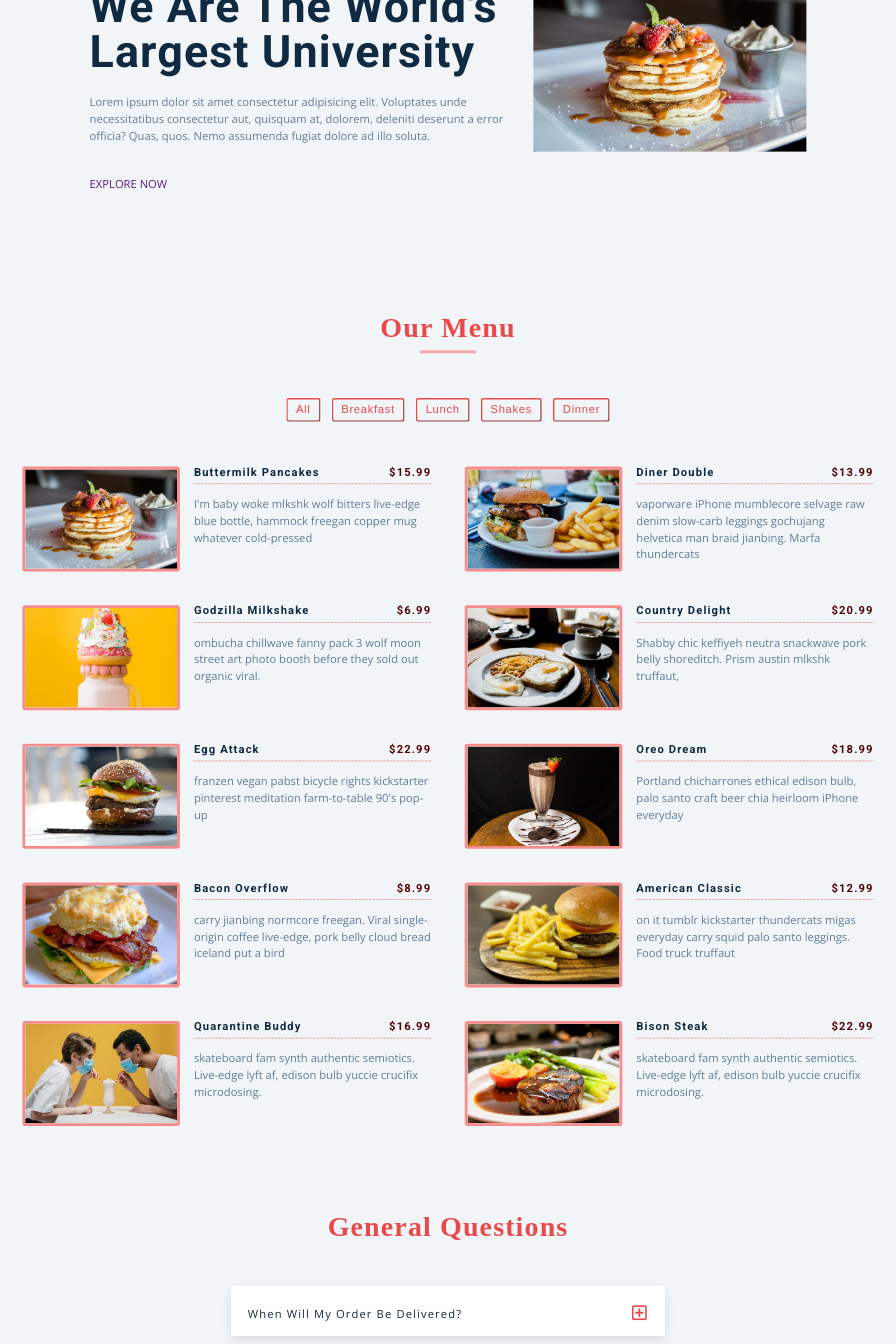
Repository: xoshiraghavx/Food-you
Page: index.html
The author's editor kept a copy of each file at every save. The page is drawn from the files as they stood at one save, then again after the next save.
The browser window is 1280 px wide. The pictures show the part of the page from y = 822 to 2742 px (the page is 3231 px tall before and 3244 px after), at 70% of full size.
Some web libraries are served in a nearby version.

Above is the page before, as saved 2022-12-03 09:15:46.

### index.html
<!DOCTYPE html>
<html lang="en">
  <head>
    <meta charset="UTF-8" />
    <meta name="viewport" content="width=device-width, initial-scale=1.0" />
    <title>interior design</title>
    <!-- font-awesome -->
    <link
      rel="stylesheet"
      href="https://cdnjs.cloudflare.com/ajax/libs/font-awesome/5.14.0/css/all.min.css"
    />

    <!-- styles -->
    <link rel="stylesheet" href="styles.css" />
  </head>
  <body>
<nav>
  <div class="nav-center">
    <div class="nav-header">
      <div class="logo-div">
      <img src="./img/logo.png" alt="logo" class="logo">
      <div class="logo-name">
      <p><span id="color"><b>FOOD </b><br><i>& you</i></span></p>
    </div>
    </div>
      <button class="nav-toggle">
        <i class="fas fa-bars"></i>
      </button>
    </div>
    <!-- links -->
    <!-- <ul class="links">

      <li>
        <a href="index.html">home</a>
      </li>
      <li>
    </ul> -->
    <!-- social media -->
    <ul class="social-icons">
      <li>
        <a href="https://www.facebook.com">
          <i class="fab fa-facebook"></i>
        </a>
      </li>
      <li>
        <a href="https://www.twitter.com">
          <i class="fab fa-twitter"></i>
        </a>
      </li>
      <li>
        <a href="https://www.instagram.com">
          <i class="fab fa-instagram"></i>
        </a>
      </li>
      <li>
        <a href="https://www.linkedin.com">
          <i class="fab fa-linkedin"></i>
        </a>
      </li>
      <li>
        <a href="https://www.twitter.com">
          <i class="fab fa-sketch"></i>
        </a>
      </li>
    </ul>
  </div>
</nav>
<header class="hero">
  <div class="banner">
    <h2>Looking for some food!</h2>
    <button class="btn modal-btn">Order Now</button>
  </div>
</header>
<div class="modal-overlay">
  <div class="modal-container">
    <br>
    <h3>Title</h3>
    <p>Lorem ipsum dolor sit amet consectetur adipisicing elit. Illo deleniti eum mollitia distinctio! Nesciunt dolor minima animi esse officia! Recusandae? Lorem ipsum dolor sit amet consectetur, adipisicing elit. Aspernatur, hic.</p>
    <button class="close-btn">
      <i class="fas fa-times"> </i>
    </button>
  </div>
</div>
    <!-- -------about us content---------->
    <section class="about-us">
      <div class="row">
          <div class="about-col">
              <h1>We are the world's largest university</h1>
              <p>Lorem ipsum dolor sit amet consectetur adipisicing elit. Voluptates unde necessitatibus consectetur aut, quisquam at, dolorem, deleniti deserunt a error officia? Quas, quos. Nemo assumenda fugiat dolore ad illo soluta.</p>
              <a href="" class="hero-btn red-btn">EXPLORE NOW</a>
          </div>
          <div class="about-col">
              <img src="./img/item-1.jpeg" alt="">
          </div>
      </div>
  </section>
<section class="menu">
  <div class="title">
    <h2>Our Menu</h2>
    <div class="underline"></div>
  </div>
  <div class="btn-container">
    <!-- <button class="filter-btn" type="button" data-id="all">all</button>
    <button class="filter-btn" type="button"data-id="breakfast">breakfast</button>
    <button class="filter-btn" type="button" data-id="lunch">lunch</button>
    <button class="filter-btn" type="button" data-id="shakes">shakes</button> -->
  </div>
    <div class="section-center">
      <!-- <article class="menu-item">
        <img src="./menu-item.jpeg" class="photo" alt="menu item">
        <div class="item-info">
          <header>
            <h4>buttermilk pancakes</h4>
            <h4 class="price">Rs 600/-</h4>
          </header>
          <p class="item-text">Lorem ipsum, dolor sit amet consectetur adipisicing elit. Dolore totam aliquid ut eius architecto magni cumque explicabo voluptate, repudiandae harum.</p>
        </div>
      </article> -->
    </div>
</section>
<section class="questions">
  <div class="title">
    <h2>general questions</h2>
  </div>
  <div class="question-center">
    <article class="question">
      <div class="question-title">
      <p>When will my order be delivered?</p>
      <button type="button" class="question-btn">
        <span class="plus-icon">
      <i class="far fa-plus-square"></i>
        </span>

        <span class="minus-icon">
      <i class="far fa-minus-square"></i>
        </span>

      </button>
    </div>
    <div class="question-text">
      <p>Estimated delivery are given against each products. While sincere efforts are being made to deliver the products within the given time frame factors like, availability, festive seasons, courier delays are bound to happen. These factors are constantly monitored to keep any inordinate delays under control.</p>
    </div>
    </article>
    <article class="question">
      <div class="question-title">
      <p>Do you offer Cash on Delivery?</p>
      <button type="button" class="question-btn">
        <span class="plus-icon">
      <i class="far fa-plus-square"></i>
        </span>

        <span class="minus-icon">
      <i class="far fa-minus-square"></i>
        </span>

      </button>
    </div>
    <div class="question-text">
      <p>Yes. We offer Cash on Delivery which most of the other websites don't offer.</p>
    </div>
    </article>
    <article class="question">
      <div class="question-title">
      <p>do you use organic indegridents?</p>
      <button type="button" class="question-btn">
        <span class="plus-icon">
      <i class="far fa-plus-square"></i>
        </span>

        <span class="minus-icon">
      <i class="far fa-minus-square"></i>
        </span>

      </button>
    </div>
    <div class="question-text">
      <p>We deliver the products that are fresh and systems are kept in place to source the best products and safely consign them to you. We don't stock the products but place once we receive orders.</p>
    </div>
    </article>
  </div>
</section>
<!-- --------footer--------- -->
<section class="footer">
  <h4 id="color">Food & you</h4>
  <p>Fulfill your comfort food cravings here.</p>
  <ul class="icons">
    <li>
      <a href="https://www.facebook.com">
        <i class="fab fa-facebook"></i>
      </a>
    </li>
    <li>
      <a href="https://www.twitter.com">
        <i class="fab fa-twitter"></i>
      </a>
    </li>
    <li>
      <a href="https://www.instagram.com">
        <i class="fab fa-instagram"></i>
      </a>
    </li>
    <li>
      <a href="https://www.linkedin.com">
        <i class="fab fa-linkedin"></i>
      </a>
    </li>
  </ul>
  <p>Made by <b id="color">oshi Raghav</b></p>
</section>
<!-- javascript -->
    <script src="app.js"></script>
  </body>
</html>

### styles.css
/*
===============
Fonts
===============
*/
@import url('https://fonts.googleapis.com/css?family=Open+Sans|Roboto:400,700&display=swap');

/*
===============
Variables
===============
*/

:root {
  /* dark shades of primary color*/
  --clr-primary-1: hsl(0, 86%, 17%);
  --clr-primary-2: hsl(0, 77%, 27%);
  --clr-primary-3: hsl(0, 72%, 37%);
  --clr-primary-4: hsl(0, 63%, 48%);
  /* primary/main color */
  --clr-primary-5: hsl(0, 78%, 60%);
  /* lighter shades of primary color */
  --clr-primary-6: hsl(0, 90%, 70%);
  --clr-primary-7: hsl(0, 90%, 76%);
  --clr-primary-8: hsl(0, 86%, 81%);
  --clr-primary-9: hsl(0, 90%, 88%);
  --clr-primary-10: hsl(0, 100%, 96%);
  /* darkest grey - used for headings */
  --clr-grey-1: hsl(209, 61%, 16%);
  --clr-grey-2: hsl(211, 39%, 23%);
  --clr-grey-3: hsl(209, 34%, 30%);
  --clr-grey-4: hsl(209, 28%, 39%);
  /* grey used for paragraphs */
  --clr-grey-5: hsl(210, 22%, 49%);
  --clr-grey-6: hsl(209, 23%, 60%);
  --clr-grey-7: hsl(211, 27%, 70%);
  --clr-grey-8: hsl(210, 31%, 80%);
  --clr-grey-9: hsl(212, 33%, 89%);
  --clr-grey-10: hsl(210, 36%, 96%);
  --clr-white: #fff;
  --clr-red-dark: hsl(360, 67%, 44%);
  --clr-red-light: hsl(360, 71%, 66%);
  --clr-green-dark: hsl(125, 67%, 44%);
  --clr-green-light: hsl(125, 71%, 66%);
  --clr-black: #222;
  --ff-primary: 'Roboto', sans-serif;
  --ff-secondary: 'Open Sans', sans-serif;
  --transition: all 0.3s linear;
  --spacing: 0.1rem;
  --radius: 0.25rem;
  --light-shadow: 0 5px 15px rgba(0, 0, 0, 0.1);
  --dark-shadow: 0 5px 15px rgba(0, 0, 0, 0.2);
  --max-width: 1170px;
  --fixed-width: 620px;
}
/*
===============
Global Styles
===============
*/

*,
::after,
::before {
  margin: 0;
  padding: 0;
  box-sizing: border-box;
}
body {
  font-family: var(--ff-secondary);
  background: var(--clr-grey-10);
  color: var(--clr-grey-1);
  line-height: 1.5;
  font-size: 0.875rem;
}
ul {
  list-style-type: none;
}
a {
  text-decoration: none;
}
img:not(.logo) {
  width: 100%;
}
img {
  display: block;
}
h1,
h2,
h3,
h4 {
  letter-spacing: var(--spacing);
  text-transform: capitalize;
  line-height: 1.25;
  margin-bottom: 0.75rem;
  font-family: var(--ff-primary);
}
h1 {
  font-size: 3rem;
}
h2 {
  font-size: 2rem;
}
h3 {
  font-size: 1.25rem;
}
h4 {
  font-size: 0.875rem;
}
p {
  margin-bottom: 1.25rem;
  color: var(--clr-grey-5);
}
@media screen and (min-width: 800px) {
  h1 {
    font-size: 4rem;
  }
  h2 {
    font-size: 2.5rem;
  }
  h3 {
    font-size: 1.75rem;
  }
  h4 {
    font-size: 1rem;
  }
  body {
    font-size: 1rem;
  }
  h1,
  h2,
  h3,
  h4 {
    line-height: 1;
  }
}
/*  global classes */
.btn {
  text-transform: uppercase;
  background: transparent;
  color: var(--clr-black);
  padding: 0.375rem 0.75rem;
  letter-spacing: var(--spacing);
  display: inline-block;
  transition: var(--transition);
  font-size: 0.875rem;
  border: 2px solid var(--clr-black);
  cursor: pointer;
  box-shadow: 0 1px 3px rgba(0, 0, 0, 0.2);
  border-radius: var(--radius);
}
.btn:hover {
  color: var(--clr-white);
  background: var(--clr-black);
}
/* section */
.section {
  padding: 5rem 0;
}


@media screen and (min-width: 992px) {
  .section-center .question-center {
    width: 95vw;
  }
}
main {
  min-height: 100vh;
  display: grid;
  place-items: center;
}

/*
===============
Navbar
===============
*/
nav {
  background: var(--clr-white);
  box-shadow: var(--light-shadow);
  position: fixed;
  width: 100%;
}
.nav-header {
  display: flex;
  align-items: center;
  justify-content: space-between;
  padding: 1rem;
}
.nav-toggle {
  font-size: 1.5rem;
  color: var(--clr-primary-5);
  background: transparent;
  border-color: transparent;
  transition: var(--transition);
  cursor: pointer;
}
.nav-toggle:hover {
  color: var(--clr-primary-1);
  transform: rotate(90deg);
}
.logo-div{
  display: flex;
}
.logo {
  height: 90px;
  width: 90px;
}
.logo-name{
  margin-top: 20px;
}
#color{
  color: var(--clr-red-dark);

}
/* .links a {
  color: var(--clr-grey-3);
  font-size: 1rem;
  text-transform: capitalize;
  letter-spacing: var(--spacing);
  display: block;
  padding: 0.5rem 1rem;
  transition: var(--transition);
}
.links a:hover {
  background: var(--clr-primary-8);
  color: var(--clr-primary-5);
  padding-left: 1.5rem;
} */
.social-icons {
  display: none;
}
/* .links {
  height: 0;
  overflow: hidden;
  transition: var(--transition);
} */
.show-links {
  height: 10rem;
}
@media screen and (min-width: 800px) {
  .nav-center {
    max-width: 1170px;
    margin: 0 auto;
    display: flex;
    align-items: center;
    justify-content: space-between;
    padding: 1rem;
  }
  .nav-header {
    padding: 0;
  }
  .nav-toggle {
    display: none;
  }
  /* .links {
    height: auto;
    display: flex;
  }
  .links a {
    padding: 0;
    margin: 0 0.5rem;
  }
  .links a:hover {
    padding: 0;
    background: transparent;
  } */

  .social-icons {
    display: flex;
  }
  .social-icons a {
    margin: 0 0.5rem;
    color: var(--clr-primary-4);
    transition: var(--transition);
  }
  .social-icons a:hover {
    color: var(--clr-primary-7);
  }
}
/* modal css  */
.hero {
  height: 100vh;
  background: linear-gradient(rgba(4, 9, 30, 0.421),rgba(4, 9, 30, 0.421)),url("https://discovertemplate.com/wp-content/uploads/2020/11/DT_G62_Food-drink-Animated-GIF-Icon-Pack.gif") center/cover no-repeat;
  display: grid;
  place-items: center;
}
.banner {
  background: var(--clr-white);
  padding: 4rem 0;
  border-radius: var(--radius);
  box-shadow: var(--light-shadow);
  text-align: center;
  width: 90vw;
  max-width: var(--fixed-width);
}
.modal-btn {
  margin-top: 2rem;
  background: var(--clr-primary-5);
  border-color: var(--clr-primary-5);
  color: var(--clr-white);
}
.modal-btn:hover {
  background: transparent;
  color: var(--clr-primary-5);
}
.modal-overlay {
  position: fixed;
  top: 0;
  left: 0;
  width: 100%;
  height: 100%;
  background: hsla(209, 61%, 16%, 0.77);
  display: grid;
  place-items: center;
  transition: var(--transition);
  visibility: hidden;
  z-index: -10;
}
/* OPEN/CLOSE MODAL */
.open-modal {
  visibility: visible;
  z-index: 10;
}
.modal-container {
  background: var(--clr-white);
  border-radius: var(--radius);
  width: 90vw;
  height: 30vh;
  max-width: var(--fixed-width);
  text-align: center;
  display: grid;
  place-items: center;
  position: relative;
}
.close-btn {
  position: absolute;
  top: 1rem;
  right: 1rem;
  font-size: 2rem;
  background: transparent;
  border-color: transparent;
  color: var(--clr-red-dark);
  cursor: pointer;
  transition: var(--transition);
}
.close-btn:hover {
  color: var(--clr-red-light);
  transform: scale(1.3);
}
/* menu css */

.menu {
  padding: 1rem 0;
}
.title {
  text-align: center;
  margin-bottom: 2rem;
}
.underline {
  width: 5rem;
  height: 0.25rem;
  background: var(--clr-primary-8);
  margin-left: auto;
  margin-right: auto;
}
.btn-container {
  margin-bottom: 4rem;
  display: flex;
  justify-content: center;
}
.filter-btn {
  background: transparent;
  border-color: var(--clr-primary-5);
  font-size: 1rem;
  text-transform: capitalize;
  margin: 0 0.5rem;
  letter-spacing: 1px;
  border-radius: var(--radius);
  padding: 0.375rem 0.75rem;
  color: var(--clr-primary-5);
  cursor: pointer;
  transition: var(--transition);
}
.filter-btn:hover {
  background: var(--clr-primary-5);
  color: var(--clr-white);
}
.section-center .question-center{
  width: 90vw;
  max-width: 1170px;
}
.section-center{
  display: grid;
  margin: 0 auto;
  gap: 3rem 3rem;
  justify-items: center;
}
.menu-item {
  display: grid;
  gap: 1rem 2rem;
  max-width: 25rem;
}
.photo {
  object-fit: cover;
  height: 200px;
  border: 0.25rem solid var(--clr-primary-7);
  border-radius: var(--radius);
}
.item-info header {
  display: flex;
  justify-content: space-between;
  border-bottom: 0.5px dotted var(--clr-primary-5);
}
.item-info h4 {
  margin-bottom: 0.5rem;
}
.price {
  color: var(--clr-primary-1);
}
.item-text {
  margin-bottom: 0;
  padding-top: 1rem;
}

@media screen and (min-width: 768px) {
  .menu-item {
    grid-template-columns: 225px 1fr;
    gap: 0 1.25rem;
    max-width: 40rem;
  }
  .photo {
    height: 175px;
  }
}
@media screen and (min-width: 1200px) {
  .section-center {
    width: 95vw;
    grid-template-columns: 1fr 1fr;
  }
  .photo {
    height: 150px;
  }
}

/*
===============
Questions
===============
*/
.title {
  margin-top: 15vh;
  margin-bottom: 4rem;
}
.title h2 {
  color: var(--clr-primary-5);
  font-family: "Great Vibes", cursive;
  text-align: center;
}
.question-center {
  max-width: var(--fixed-width);
  margin: 0 auto;
}
.question {
  background: var(--clr-white);
  border-radius: var(--radius);
  box-shadow: var(--light-shadow);
  padding: 1.5rem 1.5rem 0 1.5rem;
  margin-bottom: 2rem;
}
.question-title {
  display: flex;
  justify-content: space-between;
  align-items: center;
  text-transform: capitalize;
  padding-bottom: 1rem;
}
.question-title p {
  margin-bottom: 0;
  letter-spacing: var(--spacing);
  color: var(--clr-grey-1);
}
.question-btn {
  font-size: 1.5rem;
  background: transparent;
  border-color: transparent;
  cursor: pointer;
  color: var(--clr-primary-5);
  transition: var(--transition);
}
.question-btn:hover {
  transform: rotate(90deg);
}
.question-text {
  padding: 1rem 0 1.5rem 0;
  border-top: 1px solid rgba(0, 0, 0, 0.2);
}
.question-text p {
  margin-bottom: 0;
}
/* hide text */
.question-text {
  display: none;
}
.show-text .question-text {
  display: block;
}
.minus-icon {
  display: none;
}
.show-text .minus-icon {
  display: inline;
}
.show-text .plus-icon {
  display: none;
}
/* ---------footer----------- */
.footer{
  width: 100%;
  text-align: center;
  padding: 30px 0;
  background: var(--clr-primary-10);
}
.footer h4{
  margin-bottom: 25px;
  margin-top: 20px;
  font-weight: 600;
}
.icons{
  display: flex;
  flex-direction: row;
  justify-content: center;
  align-items: center;
}
.icons .fab{
  color: var(--clr-primary-5);
  margin: 0 13px;
  cursor: pointer;
  padding: 18px 0;
}
/* -------about us page------- */
.about-us{
  width: 80%;
  margin: auto;
  padding-top: 80px;
  padding-bottom: 50px;
}
.about-col img{
  width: 100%;
}
.about-col p{
  padding: 15px 0 25px;
}
/* .red-btn{
  border: 1px solid #f44336;
  background: transparent;
  color: #f44336;
}
.red-btn:hover{
  color: #fff;
} */
.row{
  display: flex;
  flex-direction: row;
}

### app.js
// // classList - shows/gets all classes
// // contains - checks classList for specific class
// // add - add class
// // remove - remove class
// // toggle - toggles class

const navToggle = document.querySelector(".nav-toggle");
const links = document.querySelector(".links");

navToggle.addEventListener('click', () =>{
    links.classList.toggle("show-links")
})


// // modal js

const modalBtn = document.querySelector(".modal-btn");
const modal      = document.querySelector(".modal-overlay");
const closeBtn = document.querySelector(".close-btn");

modalBtn.addEventListener('click',() =>{
    modal.classList.add('open-modal');
})
closeBtn.addEventListener('click',() =>{
    modal.classList.remove('open-modal');
})
//menu
const menu = [
    {
      id: 1,
      title: "buttermilk pancakes",
      category: "breakfast",
      price: 15.99,
      img: "./img/item-1.jpeg",
      desc: `I'm baby woke mlkshk wolf bitters live-edge blue bottle, hammock freegan copper mug whatever cold-pressed `,
    },
    {
      id: 2,
      title: "diner double",
      category: "lunch",
      price: 13.99,
      img: "./img/item-2.jpeg",
      desc: `vaporware iPhone mumblecore selvage raw denim slow-carb leggings gochujang helvetica man braid jianbing. Marfa thundercats `,
    },
    {
      id: 3,
      title: "godzilla milkshake",
      category: "shakes",
      price: 6.99,
      img: "./img/item-3.jpeg",
      desc: `ombucha chillwave fanny pack 3 wolf moon street art photo booth before they sold out organic viral.`,
    },
    {
      id: 4,
      title: "country delight",
      category: "breakfast",
      price: 20.99,
      img: "./img/item-4.jpeg",
      desc: `Shabby chic keffiyeh neutra snackwave pork belly shoreditch. Prism austin mlkshk truffaut, `,
    },
    {
      id: 5,
      title: "egg attack",
      category: "lunch",
      price: 22.99,
      img: "./img/item-5.jpeg",
      desc: `franzen vegan pabst bicycle rights kickstarter pinterest meditation farm-to-table 90's pop-up `,
    },
    {
      id: 6,
      title: "oreo dream",
      category: "shakes",
      price: 18.99,
      img: "./img/item-6.jpeg",
      desc: `Portland chicharrones ethical edison bulb, palo santo craft beer chia heirloom iPhone everyday`,
    },
    {
      id: 7,
      title: "bacon overflow",
      category: "breakfast",
      price: 8.99,
      img: "./img/item-7.jpeg",
      desc: `carry jianbing normcore freegan. Viral single-origin coffee live-edge, pork belly cloud bread iceland put a bird `,
    },
    {
      id: 8,
      title: "american classic",
      category: "lunch",
      price: 12.99,
      img: "./img/item-8.jpeg",
      desc: `on it tumblr kickstarter thundercats migas everyday carry squid palo santo leggings. Food truck truffaut  `,
    },
    {
      id: 9,
      title: "quarantine buddy",
      category: "shakes",
      price: 16.99,
      img: "./img/item-9.jpeg",
      desc: `skateboard fam synth authentic semiotics. Live-edge lyft af, edison bulb yuccie crucifix microdosing.`,
    },
    {
      id: 10,
      title: "bison steak",
      category: "dinner",
      price: 22.99,
      img: "./img/item-10.jpeg",
      desc: `skateboard fam synth authentic semiotics. Live-edge lyft af, edison bulb yuccie crucifix microdosing.`,
    },
  ];
  // get parent element
  const sectionCenter = document.querySelector(".section-center");
  const btnContainer = document.querySelector(".btn-container");
  // display all items when page loads
  window.addEventListener("DOMContentLoaded", function () {
    diplayMenuItems(menu);
    displayMenuButtons();
  });

  function diplayMenuItems(menuItems) {
    let displayMenu = menuItems.map(function (item) {
      // console.log(item);

      return `<article class="menu-item">
            <img src=${item.img} alt=${item.title} class="photo" />
            <div class="item-info">
              <header>
                <h4>${item.title}</h4>
                <h4 class="price">$${item.price}</h4>
              </header>
              <p class="item-text">
                ${item.desc}
              </p>
            </div>
          </article>`;
    });
    displayMenu = displayMenu.join("");
    // console.log(displayMenu);

    sectionCenter.innerHTML = displayMenu;
  }
  function displayMenuButtons() {
    const categories = menu.reduce(
      function (values, item) {
        if (!values.includes(item.category)) {
          values.push(item.category);
        }
        return values;
      },
      ["all"]
    );
    const categoryBtns = categories
      .map(function (category) {
        return `<button type="button" class="filter-btn" data-id=${category}>
            ${category}
          </button>`;
      })
      .join("");

    btnContainer.innerHTML = categoryBtns;
    const filterBtns = btnContainer.querySelectorAll(".filter-btn");
    // console.log(filterBtns);

    filterBtns.forEach(function (btn) {
      btn.addEventListener("click", function (e) {
        // console.log(e.currentTarget.dataset);
        const category = e.currentTarget.dataset.id;
        const menuCategory = menu.filter(function (menuItem) {
          // console.log(menuItem.category);
          if (menuItem.category === category) {
            return menuItem;
          }
        });
        if (category === "all") {
          diplayMenuItems(menu);
        } else {
          diplayMenuItems(menuCategory);
        }
      });
    });
  }




// //questions css

const btns = document.querySelectorAll(".question-btn");

btns.forEach(function (btn) {
    btn.addEventListener('click', function (e) {
        const question =( e.currentTarget.parentElement.parentElement);
        question.classList.toggle("show-text");
    });
});

After the next save:
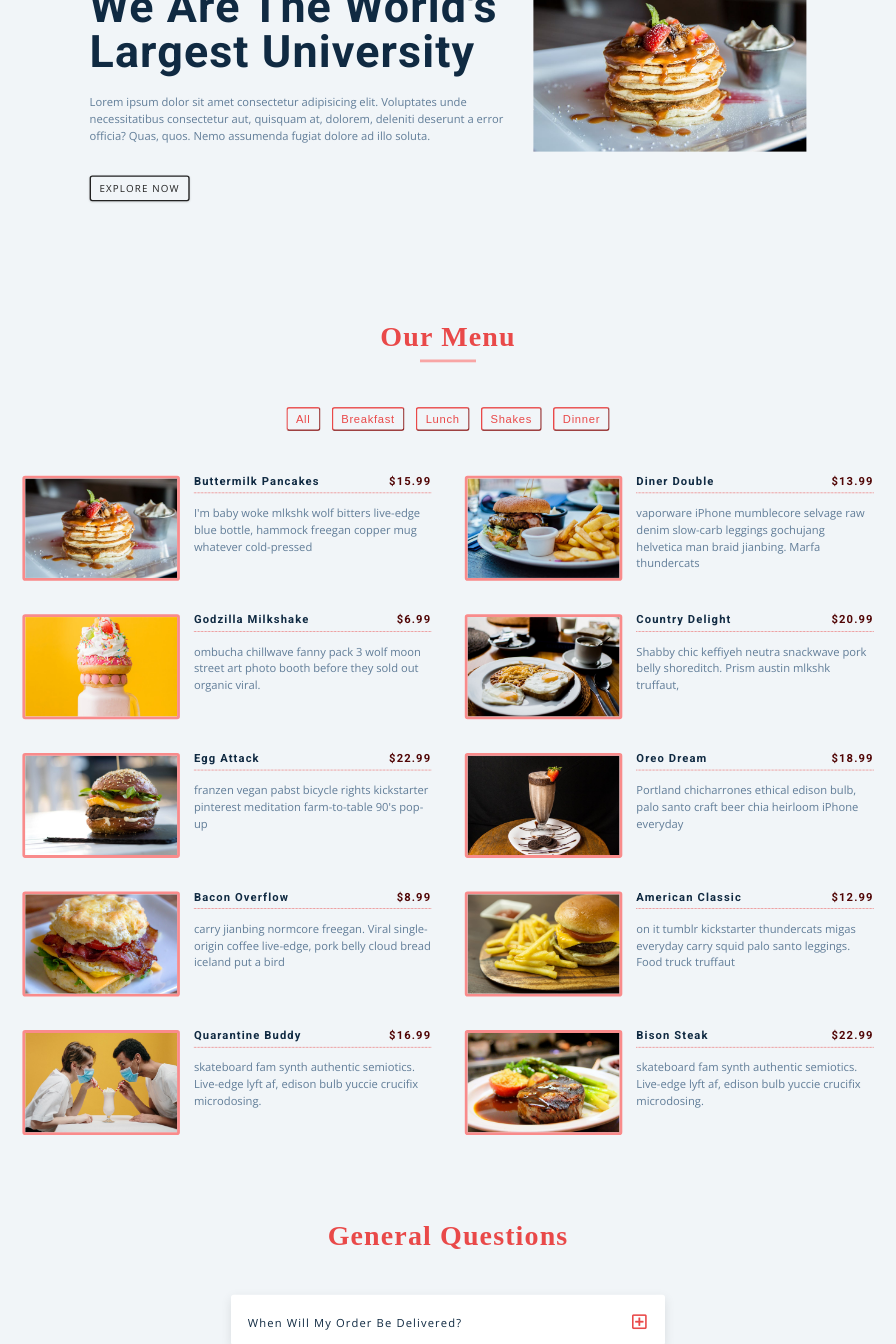
Saved 32 s later.
--- a/index.html
+++ b/index.html
@@ -87,7 +87,7 @@
           <div class="about-col">
               <h1>We are the world's largest university</h1>
               <p>Lorem ipsum dolor sit amet consectetur adipisicing elit. Voluptates unde necessitatibus consectetur aut, quisquam at, dolorem, deleniti deserunt a error officia? Quas, quos. Nemo assumenda fugiat dolore ad illo soluta.</p>
-              <a href="" class="hero-btn red-btn">EXPLORE NOW</a>
+              <a href="" class="btn">EXPLORE NOW</a>
           </div>
           <div class="about-col">
               <img src="./img/item-1.jpeg" alt="">
